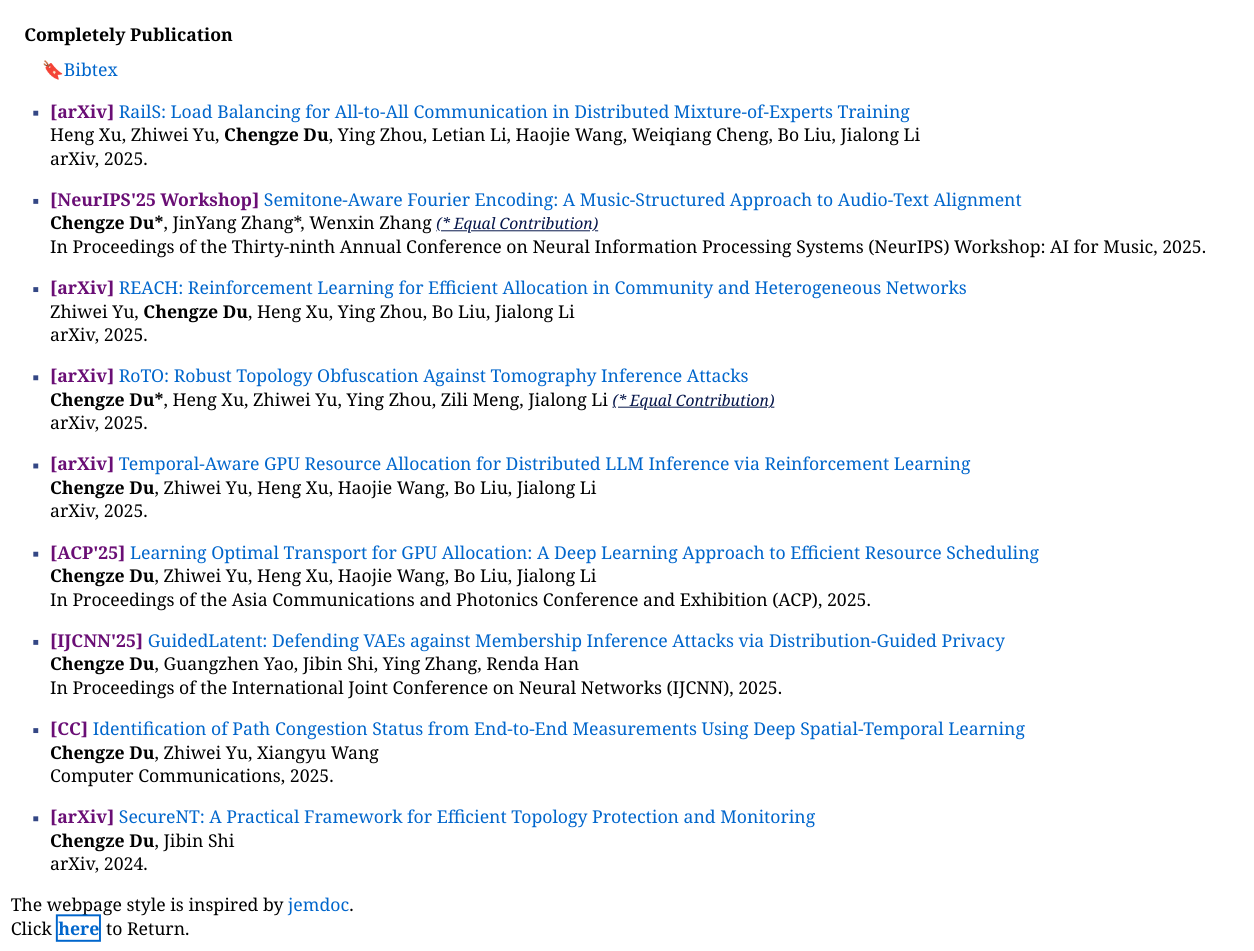
Repository: Monickar/Monickar.github.io
Page: FullPaperList.html
The author's editor kept a copy of each file at every save. The page is drawn from the files as they stood at one save, then again after the next save.
The browser window is 1280 px wide. The pictures show the whole page, at 98% of full size.

Above is the page before, as saved 2025-10-26 17:50:51.

After the next save:
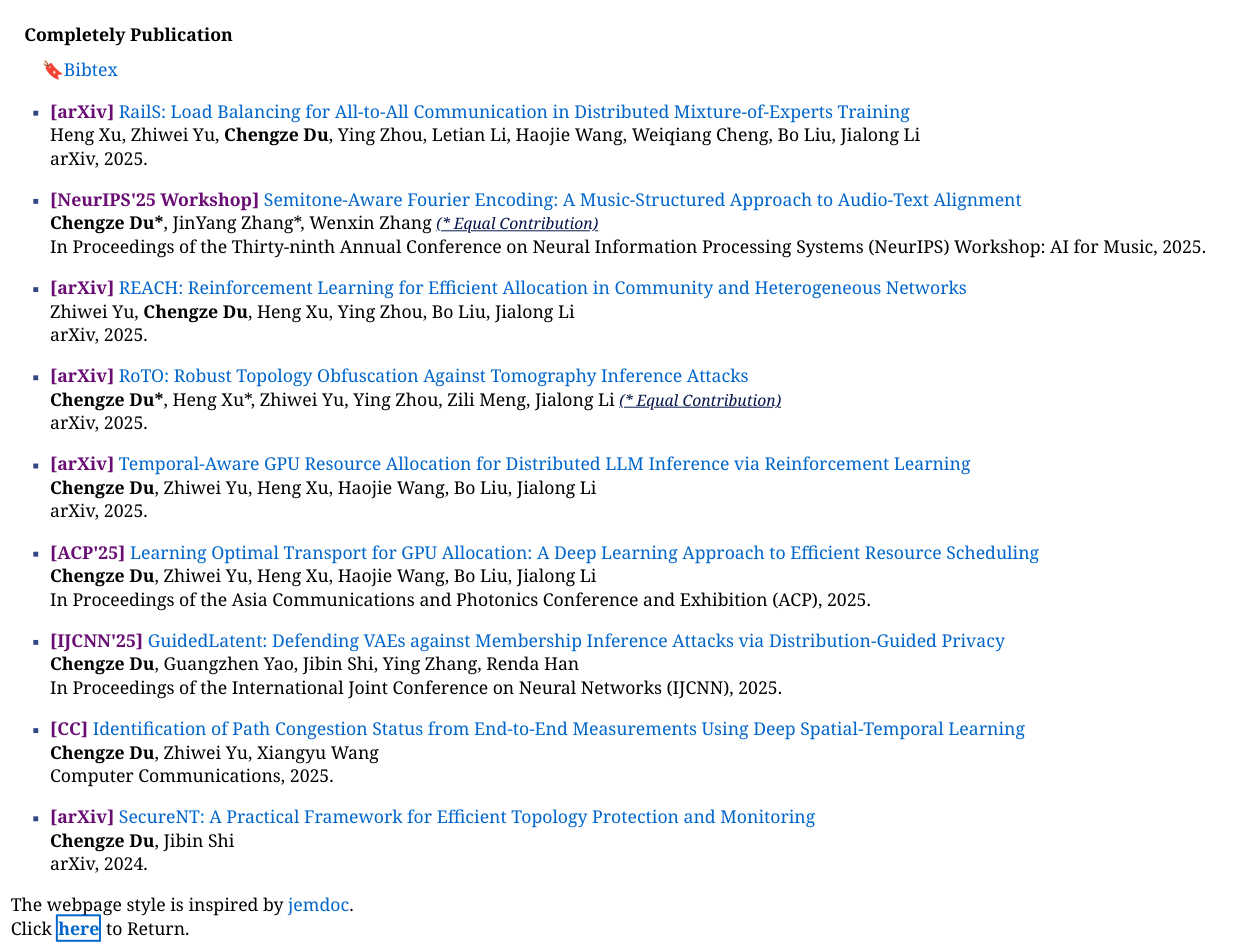
Saved 34 s later.
--- a/FullPaperList.html
+++ b/FullPaperList.html
@@ -92,7 +92,7 @@
 
 
 <li><p><span class="pulisher">[arXiv] </span><a href="https://arxiv.org/abs/2508.12852">RoTO: Robust Topology Obfuscation Against Tomography Inference Attacks</a><br>
-<strong>Chengze Du*</strong>, Heng Xu, Zhiwei Yu, Ying Zhou, Zili Meng, Jialong Li <span class="eq">(* Equal Contribution) </span>  <br>
+<strong>Chengze Du*</strong>, Heng Xu*, Zhiwei Yu, Ying Zhou, Zili Meng, Jialong Li <span class="eq">(* Equal Contribution) </span>  <br>
 arXiv, 2025.</p></li>
 
 
